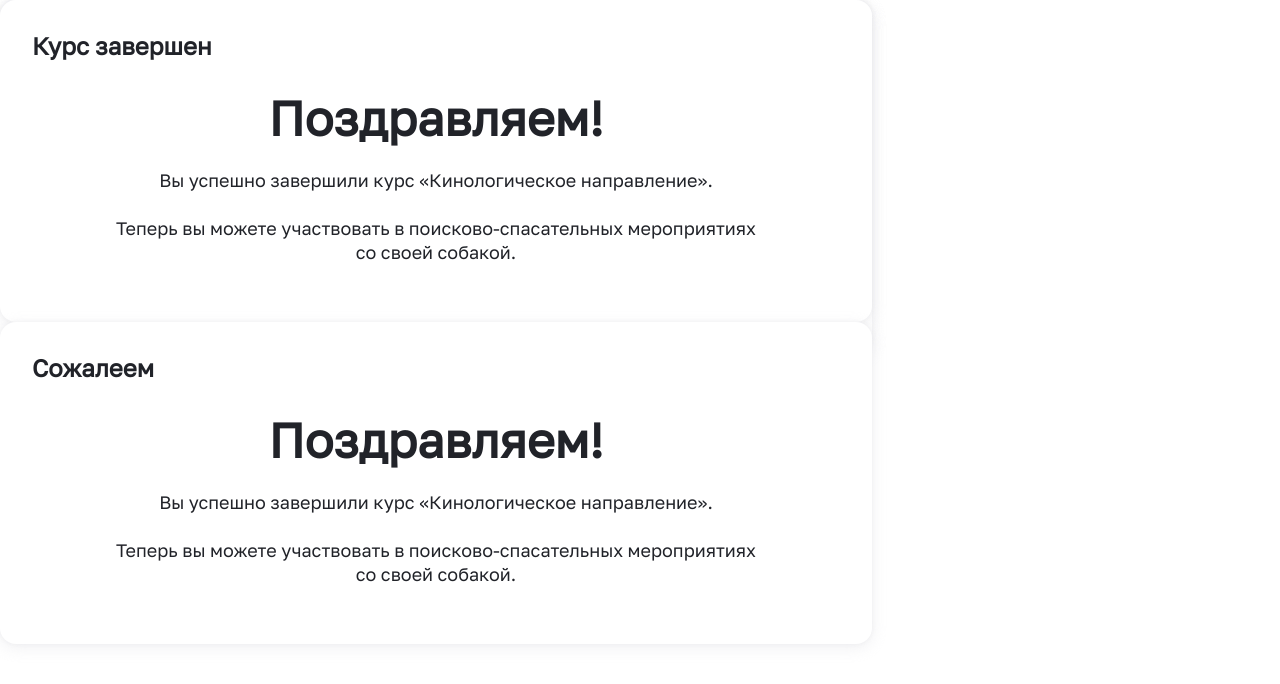
Repository: RuslanSR2424/Group5_LizaAlert
Page: index.html
An editor plug-in stored every save of this project. The page is shown before and after the next save, followed by the edit.
The browser window is 1280 px wide. The pictures show the whole page.

Above is the page before, as saved 2022-03-10 14:36:47.

After the next save:
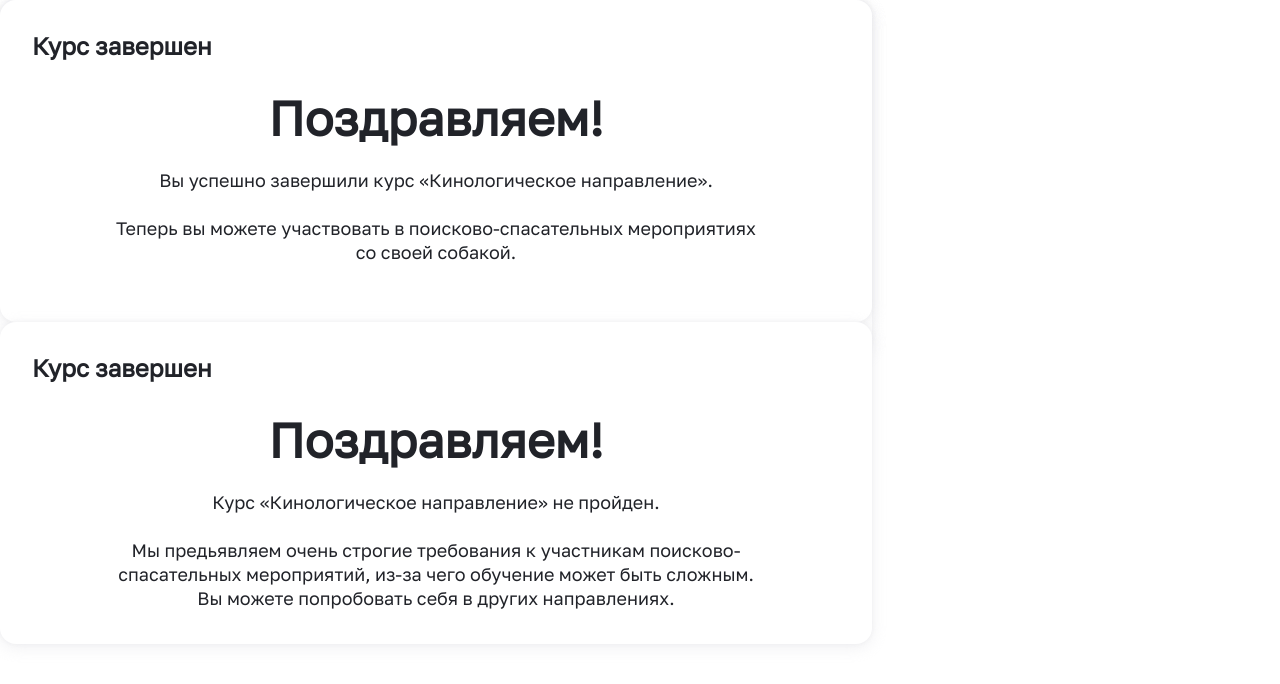
Saved 45 s later.
--- a/index.html
+++ b/index.html
@@ -23,14 +23,14 @@
             </div>
         </div>
         <div class="endOfCourse">
-            <p class="endOfCourse__name">Сожалеем</p>
+            <p class="endOfCourse__name">Курс завершен</p>
             <div class="endOfCourse__container endOfCourse__container_type_congratulate">
                 <h2 class="endOfCourse__title endOfCourse__title_type_congratulate">Поздравляем!</h2>
-                <p class="endOfCourse__text endOfCourse__text_type_congratulate">Вы успешно завершили курс
-                    «Кинологическое направление».</p>
-                <p class="endOfCourse__text endOfCourse__text_type_congratulate">Теперь вы можете участвовать
-                    в поисково-спасательных мероприятиях со своей
-                    собакой.</p>
+                <p class="endOfCourse__text endOfCourse__text_type_congratulate">Курс «Кинологическое направление»
+                    не пройден.</p>
+                <p class="endOfCourse__text endOfCourse__text_type_congratulate">Мы предьявляем очень строгие требования
+                    к участникам поисково-спасательных мероприятий, из-за чего обучение может быть сложным. Вы можете
+                    попробовать себя в других направлениях.</p>
             </div>
         </div>
     </section>
